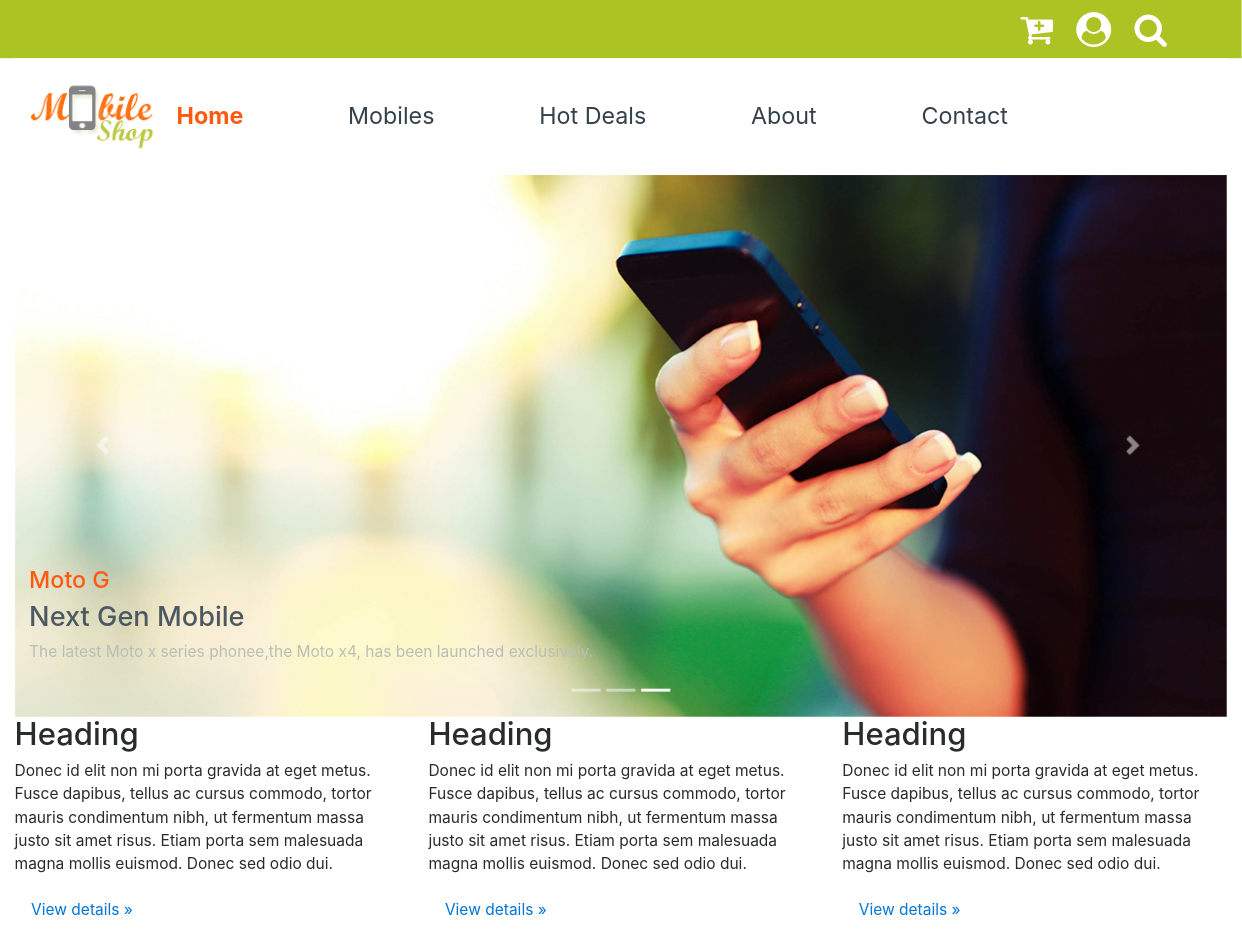
Repository: rajmohanr/mobile
Page: index.html
These files come from the project's save history. The page is drawn as it stood at one moment and after the next save; the edit follows.
The browser window is 1280 px wide. The pictures show the whole page, at 97% of full size.

Above is the page before, as saved 2018-03-31 12:38:20.
Console error (its wording comes from the project's code and is left out).

### index.html
<!DOCTYPE html>
<html lang="en">
  <head>
    <meta charset="utf-8">
    <meta http-equiv="X-UA-Compatible" content="IE=edge">
    <meta name="viewport" content="width=device-width, initial-scale=1">

    <title>Bootstrap 4, from LayoutIt!</title>

    <meta name="description" content="Source code generated using layoutit.com">
    <meta name="author" content="LayoutIt!">

    <link href="css/bootstrap.min.css" rel="stylesheet">
	<link href="css/style.css" rel="stylesheet">
	<link rel="stylesheet" href="https://cdnjs.cloudflare.com/ajax/libs/font-awesome/4.7.0/css/font-awesome.min.css">

  </head>
  <body>

    <div class="container-fluid">
	<div class="row">
		<div class="col-md-12">
			<div class="row">
				<div class="col-md-12 top-bar">
					<a href="#" class="top-bar-icons last-icon"><i class="fa fa-search"  style="font-size:36px;color:white;"></i></a>
					<a href="#" class="top-bar-icons"><i class="fa fa-user-circle"  style="font-size:36px;color:white;"></i></a>
					<a href="#" class="top-bar-icons"><i class="fa fa-cart-plus"  style="font-size:36px;color:white;"></i></a>
				</div>
			</div>
			<nav class="navbar navbar-toggleable-md navbar-light bg-faded">

				<button class="navbar-toggler navbar-toggler-right" type="button" data-toggle="collapse" data-target="#bs-example-navbar-collapse-1">
					<span class="navbar-toggler-icon"></span>
				</button> <a class="navbar-brand" href="#"><img src="images/logo.png" /></a>
				<div class="collapse navbar-collapse" id="bs-example-navbar-collapse-1">
					<ul class="navbar-nav float-md-right">
						<li class="nav-item active">
							 <a class="nav-link" href="#">Home <span class="sr-only">(current)</span></a>
						</li>
						<li class="nav-item">
							 <a class="nav-link" href="#">Mobiles</a>
						</li>
						<li class="nav-item">
								<a class="nav-link" href="#">Hot Deals</a>
						</li>
						<li class="nav-item">
								<a class="nav-link" href="#">About</a>
						</li>
						<li class="nav-item">
								<a class="nav-link" href="#">Contact</a>
						</li>
					</ul>
				</div>
			</nav>

			<div class="row">
				<div class="col-md-12">
					<div class="carousel slide" id="carousel-452932">
						<ol class="carousel-indicators">
							<li data-slide-to="0" data-target="#carousel-452932">
							</li>
							<li data-slide-to="1" data-target="#carousel-452932">
							</li>
							<li data-slide-to="2" data-target="#carousel-452932" class="active">
							</li>
						</ol>
						<div class="carousel-inner">
							<div class="carousel-item">
								<img class="d-block w-100" alt="Carousel Bootstrap First" src="images/carosuel.png" />
								<div class="carousel-caption">
									<h4>
										Moto G
									</h4>
									<h3>
										Next Gen Mobile
									</h3>
									<p>
										The latest Moto x series phonee,the Moto x4, has been launched exclusively.
									</p>
								</div>
							</div>
							<div class="carousel-item">
								<img class="d-block w-100" alt="Carousel Bootstrap Second" src="images/carosuel.png" />
								<div class="carousel-caption">
									<h4>
										Moto G
									</h4>
									<h3>
										Next Gen Mobile
									</h3>
									<p>
										The latest Moto x series phonee,the Moto x4, has been launched exclusively.
									</p>
								</div>
							</div>
							<div class="carousel-item active">
								<img class="d-block w-100" alt="Carousel Bootstrap Third" src="images/carosuel.png" />
								<div class="carousel-caption">
									<h4>
										Moto G
									</h4>
									<h3>
										Next Gen Mobile
									</h3>
									<p>
										The latest Moto x series phonee,the Moto x4, has been launched exclusively.
									</p>
								</div>
							</div>
						</div> <a class="carousel-control-prev" href="#carousel-452932" data-slide="prev"><span class="carousel-control-prev-icon"></span> <span class="sr-only">Previous</span></a> <a class="carousel-control-next" href="#carousel-452932" data-slide="next"><span class="carousel-control-next-icon"></span> <span class="sr-only">Next</span></a>
					</div>
				</div>
			</div>

		</div>
	</div>
	<div class="row">
		<div class="col-md-4">
			<h2>
				Heading
			</h2>
			<p>
				Donec id elit non mi porta gravida at eget metus. Fusce dapibus, tellus ac cursus commodo, tortor mauris condimentum nibh, ut fermentum massa justo sit amet risus. Etiam porta sem malesuada magna mollis euismod. Donec sed odio dui.
			</p>
			<p>
				<a class="btn" href="#">View details »</a>
			</p>
		</div>
		<div class="col-md-4">
			<h2>
				Heading
			</h2>
			<p>
				Donec id elit non mi porta gravida at eget metus. Fusce dapibus, tellus ac cursus commodo, tortor mauris condimentum nibh, ut fermentum massa justo sit amet risus. Etiam porta sem malesuada magna mollis euismod. Donec sed odio dui.
			</p>
			<p>
				<a class="btn" href="#">View details »</a>
			</p>
		</div>
		<div class="col-md-4">
			<h2>
				Heading
			</h2>
			<p>
				Donec id elit non mi porta gravida at eget metus. Fusce dapibus, tellus ac cursus commodo, tortor mauris condimentum nibh, ut fermentum massa justo sit amet risus. Etiam porta sem malesuada magna mollis euismod. Donec sed odio dui.
			</p>
			<p>
				<a class="btn" href="#">View details »</a>
			</p>
		</div>
	</div>
	<div class="row">
		<div class="col-md-12">
		</div>
	</div>
</div>

    <script src="js/jquery.min.js"></script>
    <script src="js/bootstrap.min.js"></script>
    <script src="js/scripts.js"></script>
  </body>
</html>

### css/style.css
.top-bar{
    height: 60px;
    background-color: #acc324;
}

.top-bar-icons{
    float: right;
    padding: 12px;
    position: relative;
}

.last-icon{
    margin-right: 50px;
}

.navbar{
    height: 120px;
    background-color: #fff;
}

.navbar-light .navbar-nav .active>.nav-link, .navbar-light .navbar-nav .nav-link.active, .navbar-light .navbar-nav .nav-link.open, .navbar-light .navbar-nav .open>.nav-link{
    color: #ff5912!important;
    font-weight: bold;
    font-size: 24px;
}

.navbar-nav .nav-link{
    padding-right: 100px!important;
}

.navbar-light .navbar-nav .nav-link{
    color: #34404b!important;
    font-size: 24px;
}

.carousel-caption{
    text-align: left!important;
    left: 15px!important;
}

.carousel-caption h4{
    color: #ff5912!important;
}

.carousel-caption h3{
    color: #4C5963!important;
}

.carousel-caption p{
    color: #BBBEB8!important;
}

Loaded but not shown: css/bootstrap.min.css (library); js/jquery.min.js (library); js/bootstrap.min.js (library); js/scripts.js (common file)

After the next save:
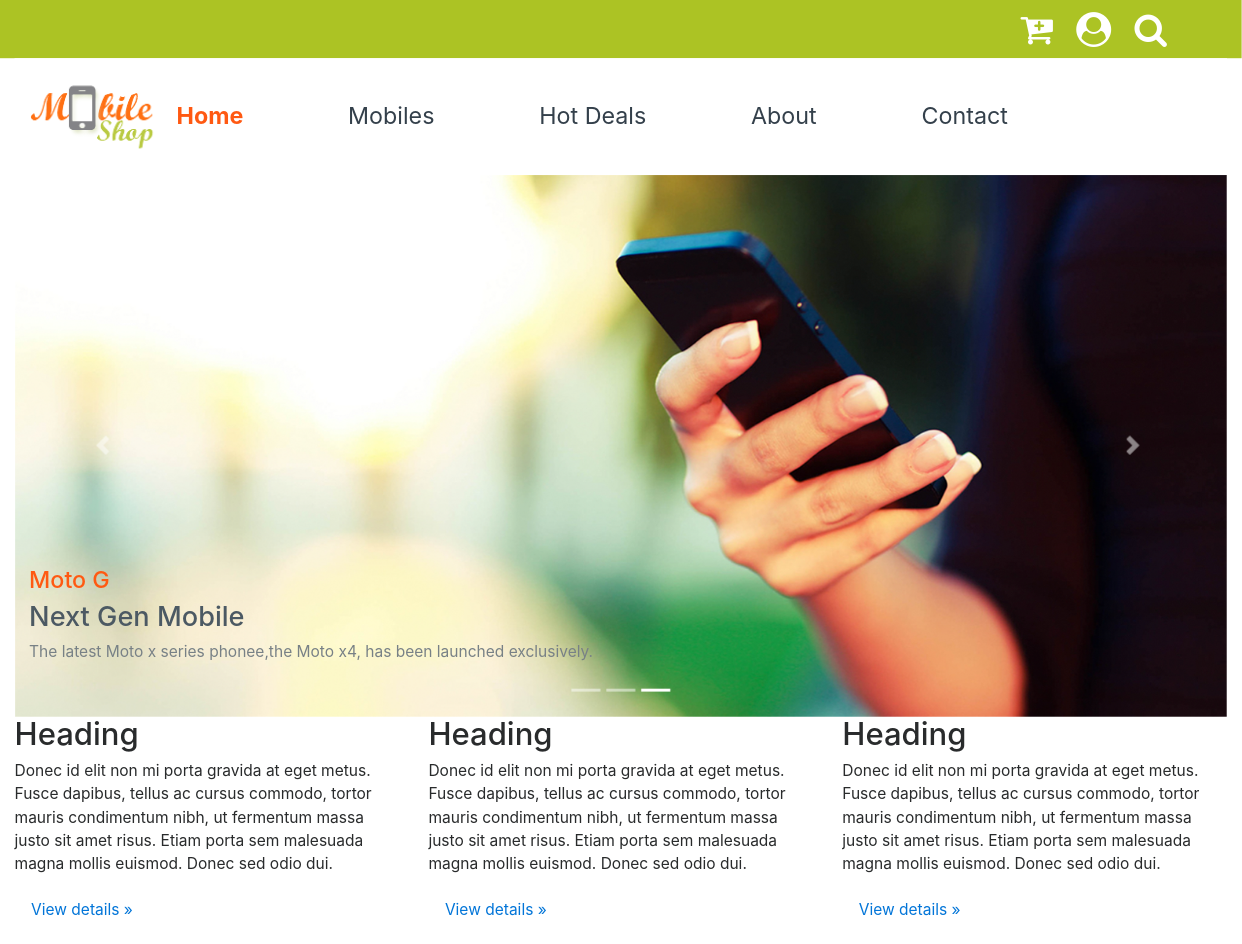
Saved 29 s later.
--- a/css/style.css
+++ b/css/style.css
@@ -47,5 +47,5 @@
 }
 
 .carousel-caption p{
-    color: #BBBEB8!important;
+    color: #788186!important;
 }
